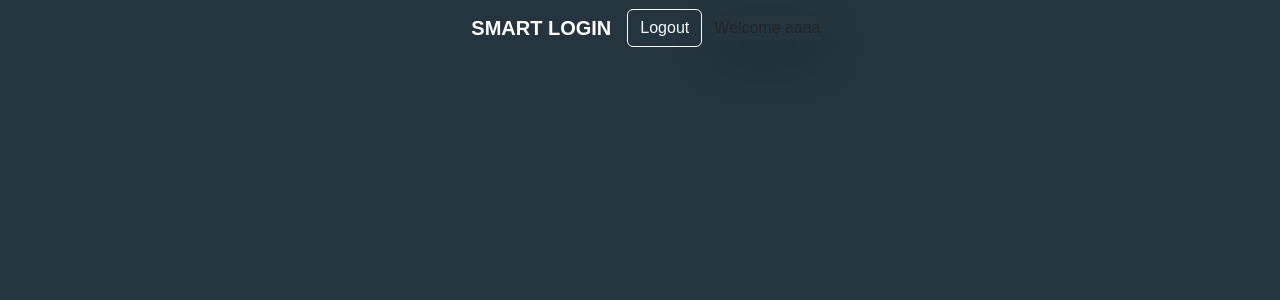
Repository: bodajava/TASK-4
Page: theerdIndex.html
The author's editor kept a copy of each file at every save. The page is drawn from the files as they stood at one save, then again after the next save.
The browser window is 1280 px wide. The pictures show the whole page.

Above is the page before, as saved 2025-06-18 19:21:53.
Not found: css/bootstrap.min.css

### theerdIndex.html
<!DOCTYPE html>
<html lang="en">
  <head>
    <link rel="stylesheet" href="CSS/all.min.css" />
    <link rel="stylesheet" href="CSS/bootstrap.css" />
    <link rel="stylesheet" href="CSS/style.css" />
    <meta charset="UTF-8" />
    <meta name="viewport" content="width=device-width, initial-scale=1.0" />
    <title>Document</title>
  </head>
  <body>
    <!DOCTYPE html>
    <html lang="en">
      <head>
        <meta charset="UTF-8" />
        <meta name="viewport" content="width=device-width, initial-scale=1.0" />
        <title>Home</title>
        <link rel="stylesheet" href="css/bootstrap.min.css" />
        <link rel="stylesheet" href="css/style.css" />
      </head>
      <body>
        <!-- Navbar -->
        <nav class="navbar navbar-expand-lg custom-navbar">
          <div class="container-fluid justify-content-between">
            <a class="navbar-brand text-white fw-bold" href="#">SMART LOGIN</a>
            <button class="btn btn-outline-light logout-btn">Logout</button>
          </div>
        </nav>

        <!-- Welcome Message -->
        <div class="main-content">
          <div class="welcome-box shadow-lg">Welcome aaaa</div>
        </div>

        <script src="js/bootstrap.bundle.min.js"></script>
      </body>
    </html>

    <script src="js/bootstrap.bundle.min.js"></script>
    <script src="js/index.js"></script>
  </body>
</html>

### CSS/style.css
* {
  padding: 0;
  margin: 0;
  box-sizing: border-box;
}

body {
  background-color: #24353f;
  display: flex;
  justify-content: center;
  align-items: center;
  font-family: Arial, sans-serif;
}

#item {
  margin-top: 60px;
  margin-left: 390px;
  margin-right: 390px;
  padding-left: 15px;
  padding-right: 15px;
}

#item2 {
  box-shadow: 0 0 20px rgba(0, 0, 0, 0.2);
  margin-left: 138.75px;
  margin-right: 138.75px;
  padding-left: 60px;
  padding-right: 60px;
  padding-top: 60px;
  padding-bottom: 60px;
}

h1 {
  color: #189bb1;
}

.anchor {
  text-decoration: none;
}

.anchor:hover {
  text-decoration: underline;
}

.paragraph {
  font-size: 20px;
  line-height: 30px;
  font-weight: 400;
  color: white;
}

.paragraph a {
  font-size: 20px;
  line-height: 30px;
  font-weight: 400;
  color: white;
}

.form-control {
  background-color: #24353f;
  border: 1px solid white;
  color: #fff;
  border-radius: 5px;
}

.form-control::placeholder {
  color: #a0a0a0;
}

.form-control:focus {
  background-color: #24353f;
  color: #fff;
  border-color: #189bb1;
  outline: none;
  box-shadow: none;
}

.btnn {
  text-decoration: none;
  color: #189bb1;
}

.btnn:hover {
  color: white;
}

#box {
  box-shadow: -5px 2px 54px -9px rgba(0, 0, 0, 1);
}

#nav {
  background-color: #24353f !important;
}

#container {
  box-shadow: -5px 2px 54px -9px rgba(0, 0, 0, 1);
}

#margen {
  margin-left: 90px;
  font-size: 25px;
  line-height: 38px;
  font-weight: 400;
  color: white;
}

ul li {
  margin-right: 90px;
  padding-bottom: 10px;
}

Loaded but not shown: CSS/all.min.css (library); CSS/bootstrap.css (library); js/bootstrap.bundle.min.js (library); js/index.js (no copy from this time; the picture is the same without it)

After the next save:
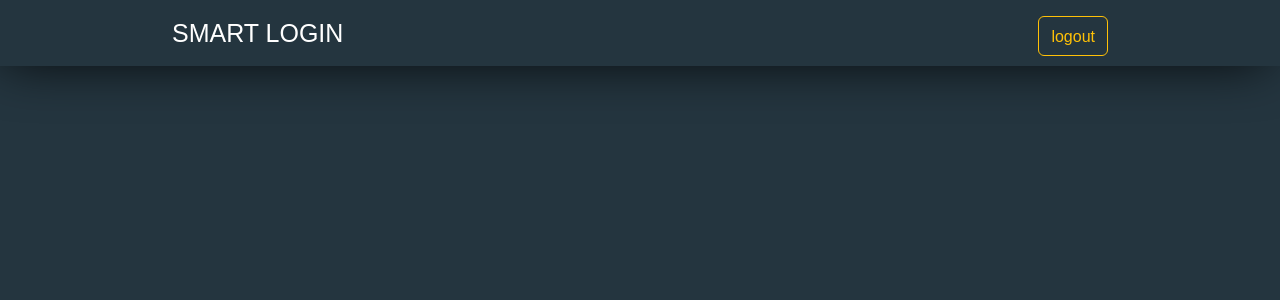
Saved 1 s later.
--- a/theerdIndex.html
+++ b/theerdIndex.html
@@ -9,32 +9,40 @@
     <title>Document</title>
   </head>
   <body>
-    <!DOCTYPE html>
-    <html lang="en">
-      <head>
-        <meta charset="UTF-8" />
-        <meta name="viewport" content="width=device-width, initial-scale=1.0" />
-        <title>Home</title>
-        <link rel="stylesheet" href="css/bootstrap.min.css" />
-        <link rel="stylesheet" href="css/style.css" />
-      </head>
-      <body>
-        <!-- Navbar -->
-        <nav class="navbar navbar-expand-lg custom-navbar">
-          <div class="container-fluid justify-content-between">
-            <a class="navbar-brand text-white fw-bold" href="#">SMART LOGIN</a>
-            <button class="btn btn-outline-light logout-btn">Logout</button>
+    <div id="container" class="container-fluid">
+      <nav
+        id="nav"
+        class="container navbar navbar-expand-lg bg-body-tertiary pt-0 pb-0"
+      >
+        <div class="container-fluid">
+          <a id="margen" class="navbar-brand" href="#">SMART LOGIN</a>
+
+          <button
+            class="navbar-toggler"
+            type="button"
+            data-bs-toggle="collapse"
+            data-bs-target="#navbarSupportedContent"
+            aria-controls="navbarSupportedContent"
+            aria-expanded="false"
+            aria-label="Toggle navigation"
+          >
+            <span class="navbar-toggler-icon"></span>
+          </button>
+
+          <div class="collapse navbar-collapse" id="navbarSupportedContent">
+            <ul class="navbar-nav ms-auto mb-2 mb-lg-0">
+              <li>
+                <a
+                  class="pt-2 mt-3 btn btn-outline-warning w-100 d-flex align-items-center"
+                  href=""
+                  >logout</a
+                >
+              </li>
+            </ul>
           </div>
-        </nav>
-
-        <!-- Welcome Message -->
-        <div class="main-content">
-          <div class="welcome-box shadow-lg">Welcome aaaa</div>
         </div>
-
-        <script src="js/bootstrap.bundle.min.js"></script>
-      </body>
-    </html>
+      </nav>
+    </div>
 
     <script src="js/bootstrap.bundle.min.js"></script>
     <script src="js/index.js"></script>
